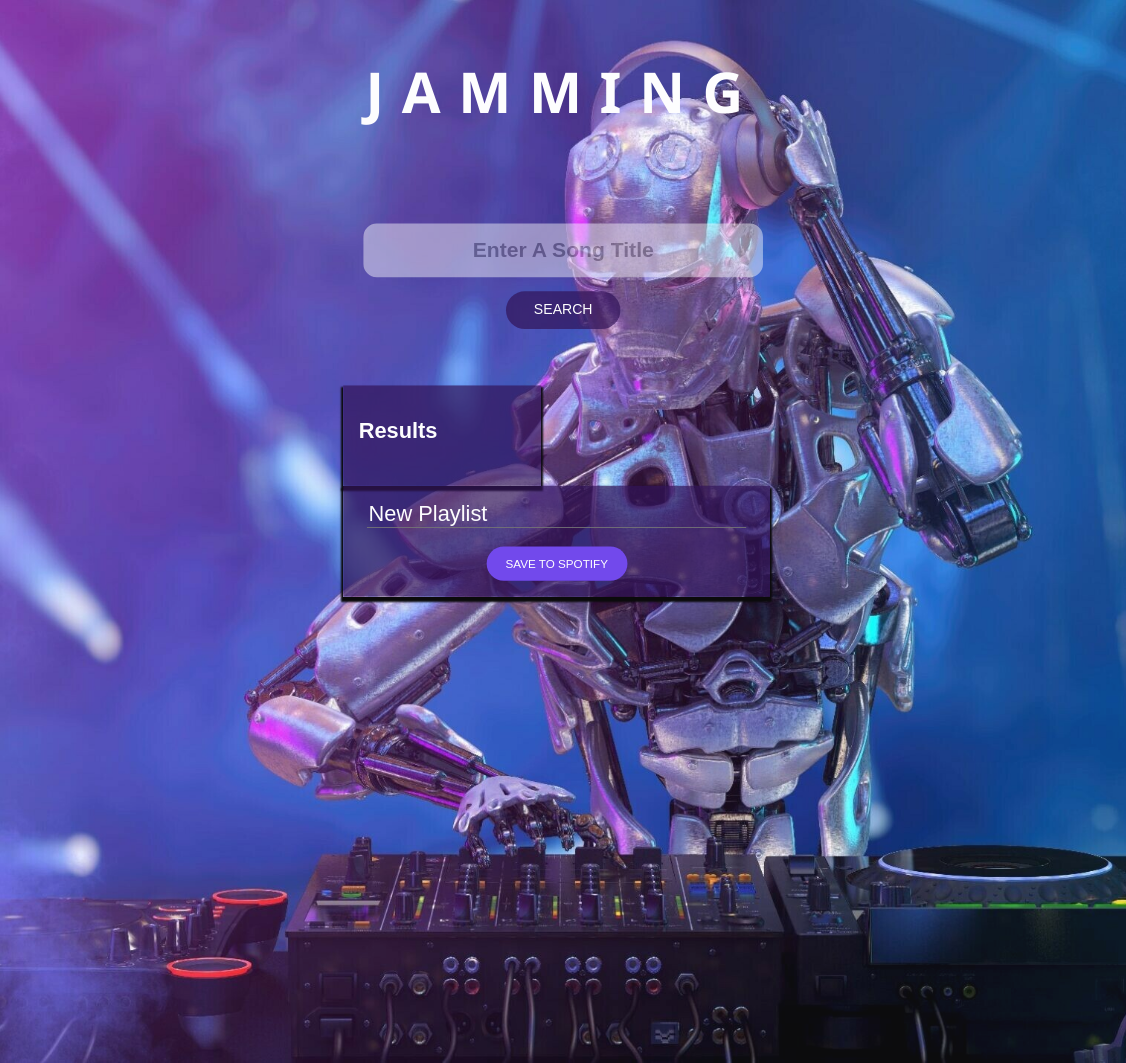
Repository: LolaSL/jamming
Page: /
These files come from the project's save history. The page is drawn as it stood at one moment and after the next save; the edit follows.
The browser window is 1280 px wide. The pictures show the whole page, at 88% of full size.
The project was rebuilt for these pictures with package versions that can differ from the ones it lists, and the page was loaded fresh each time. Also part of the build but not shown: src/components/Track/Track.css, src/components/Track/Track.jsx.

Above is the page before, as saved 2023-06-23 17:39:05.

### src/App/App.js
import React, { useState, useCallback } from "react";
import "./App.css";

import Playlist from "../components/PlayList/PlayList.jsx";
import SearchBar from "../components/SearchBar/SearchBar";
import SearchResults from "../components/SearchResults/SearchResults";
import Spotify from "../utils/Spotify";

const App = () => {
  const [searchResults, setSearchResults] = useState([]);
  const [playlistName, setPlaylistName] = useState("New Playlist");
  const [playlistTracks, setPlaylistTracks] = useState([]);

  const search = useCallback(async (term) => {
    const results = await Spotify.search(term);
    setSearchResults(results);
  }, []);

  const addTrack = useCallback((track) => {
    if (playlistTracks.some((savedTrack) => savedTrack.id === track.id)) {
      return;
    }
    setPlaylistTracks((prevTracks) => [...prevTracks, track]);
  }, [playlistTracks]);

  const removeTrack = useCallback((track) => {
    setPlaylistTracks((prevTracks) =>
      prevTracks.filter((currentTrack) => currentTrack.id !== track.id)
    );
  }, []);

  const updatePlaylistName = useCallback((name) => {
    setPlaylistName(name);
  }, []);

  const savePlaylist = useCallback(async () => {
    const trackUris = playlistTracks.map((track) => track.uri);
    await Spotify.savePlaylist(playlistName, trackUris);
    setPlaylistName("New Playlist");
    setPlaylistTracks([]);
  }, [playlistName, playlistTracks]);

  return (
    <div className="App" data-testid="app-test">
      <h1>
        Jamming
      </h1>
      <SearchBar onSearch={search} />
      <div className="App-playlist">

          <SearchResults searchResults={searchResults} onAdd={addTrack} />

          <Playlist
            playlistName={playlistName}
            playlistTracks={playlistTracks}
            onNameChange={updatePlaylistName}
            onRemove={removeTrack}
            onSave={savePlaylist}
          /></div>
      </div>

  );
};

export default App;
;

### src/App/App.css
body,
html,
#root {
  height: 100%;

}

.App{
  flex-wrap: wrap;
  height: 150%;
  padding: 0 17% 10% 17%;
  background-image: url('./background.jpg');
  opacity: 0.95;
  background-size: cover;
  overflow: hidden;
  background-position: center;
  background-repeat: no-repeat;
  font-family: 'Work Sans', sans-serif;
  font-weight: 500;
  color: #56649f;
  text-align: center;
}
h1{
  font-family:'Segoe UI', Tahoma, Geneva, Verdana, sans-serif;
  text-transform: uppercase;
  letter-spacing: 20px;
  color: #ffffff;
  font-size: 4rem;
  margin-top: 60px;
}
.App-playlist{
  display: flex;
  flex-wrap: wrap;
  align-items: justify;
  column-gap: 30px;
  width:500px;
  margin: 0 auto;

}

### src/components/PlayList/PlayList.jsx
import React, { useCallback } from "react";
import PropTypes from "prop-types";
import "./PlayList.css";
import TrackList from "../TrackList/TrackList";

const Playlist = ({
  onNameChange,
  playlistTracks,
  onRemove,
  onSave
}) => {
  const handleNameChange = useCallback((event) => {
    onNameChange(event.target.value);
  }, [onNameChange]);

  return (
    <div className="Playlist">
      <input onChange={handleNameChange} defaultValue={"New Playlist"} />
      <TrackList
        tracks={playlistTracks}
        isRemoval={true}
        onRemove={onRemove}
      />
      <button className="Playlist-save" onClick={onSave}>
        SAVE TO SPOTIFY
      </button>
    </div>
  );
};

Playlist.propTypes = {
  onNameChange: PropTypes.func,
  playlistTracks: PropTypes.array,
  onRemove: PropTypes.func,
  onSave: PropTypes.func
};

export default Playlist;

### src/components/SearchBar/SearchBar.jsx
import React, { useState, useCallback } from "react";
import "./SearchBar.css";

const SearchBar = ({ onSearch }) => {
  const [term, setTerm] = useState("");

  const handleTermChange = useCallback((event) => {
    setTerm(event.target.value);
  }, []);

  const search = useCallback(() => {
    onSearch(term);
  }, [onSearch, term]);

  return (
    <div className="SearchBar">
      <input placeholder="Enter A Song Title" onChange={handleTermChange} />
      <button className="SearchButton" onClick={search}>
        SEARCH
      </button>
    </div>
  );
};

export default SearchBar;

### src/components/SearchResults/SearchResults.jsx
import React from "react";
import "./SearchResults.css";
import TrackList from "../TrackList/TrackList";

const SearchResults = ({ searchResults, onAdd }) => {
  return (
    <div className="SearchResults">
      <h2>Results</h2>
      <TrackList tracks={searchResults} onAdd={onAdd} />
    </div>
  );
};

export default SearchResults;

### src/utils/Spotify.js
const clientId = 'a18dfb23f21c4bf69aa0c5c6ac72acdc'; // Insert client ID here.
const redirectUri = 'http://localhost:3000/'; // Have to add this to your accepted Spotify redirect URIs on the Spotify API.

let accessToken;

const Spotify = {
  getAccessToken() {
    if (accessToken) {
      return accessToken;
    }

    const accessTokenMatch = window.location.href.match(/access_token=([^&]*)/);
    const expiresInMatch = window.location.href.match(/expires_in=([^&]*)/);
    if (accessTokenMatch && expiresInMatch) {
      accessToken = accessTokenMatch[1];
      const expiresIn = Number(expiresInMatch[1]);
      window.setTimeout(() => accessToken = '', expiresIn * 1000);
      window.history.pushState('Access Token', null, '/'); // This clears the parameters, allowing us to grab a new access token when it expires.
      return accessToken;
    } else {
      const accessUrl = `https://accounts.spotify.com/authorize?client_id=${clientId}&response_type=token&scope=playlist-modify-public&redirect_uri=${redirectUri}`;
      window.location = accessUrl;
    }
  },

  async search(term) {
    const accessToken = Spotify.getAccessToken();
    const response = await fetch(`https://api.spotify.com/v1/search?type=track&q=${term}`, {
      headers: {
        Authorization: `Bearer ${accessToken}`
      }
    });
    const jsonResponse = await response.json();
    if (!jsonResponse.tracks) {
      return [];
    }
    return jsonResponse.tracks.items.map(track => ({
      id: track.id,
      name: track.name,
      artist: track.artists[0].name,
      album: track.album.name,
      popularity: track.popularity,
      uri: track.uri
    }));
  },

  savePlaylist(name, trackUris) {
    if (!name || !trackUris.length) {
      return;
    }

    const accessToken = Spotify.getAccessToken();
    const headers = { Authorization: `Bearer ${accessToken}` };
    let userId;

    return fetch('https://api.spotify.com/v1/me', { headers: headers }
    ).then(response => response.json()
    ).then(jsonResponse => {
      userId = jsonResponse.id;
      return fetch(`https://api.spotify.com/v1/users/${userId}/playlists`, {
        headers: headers,
        method: 'POST',
        body: JSON.stringify({ name: name })
      }).then(response => response.json()
      ).then(jsonResponse => {
        const playlistId = jsonResponse.id;
        return fetch(`https://api.spotify.com/v1/users/${userId}/playlists/${playlistId}/tracks`, {
          headers: headers,
          method: 'POST',
          body: JSON.stringify({ uris: trackUris })
        });
      });
    });
  }
};

export default Spotify;

### src/components/PlayList/PlayList.css
.Playlist {
    display: flex;
    flex-direction: column;
    align-items: center;
    justify-items: center;
    overflow-y: scroll;
    width: 37%;
    max-height: 900px;
    padding: 1.1rem;
    background-color: rgba(40, 9, 80, 0.7);
    box-shadow: 0 4px 2px 2px #000000;

  }

  .Playlist input {
    width: 95%;
    border: 0;
    outline: 0;
    background: transparent;
    border-bottom: 1px solid #6f6f6f;
    font-family: 'Poppins', sans-serif;
    font-size: 1.55rem;
    color: #fff;
  }

  .Playlist-save {
    cursor: pointer;
    width: 10rem;
    padding: .77rem 0;
    border-radius: 54px;
    border-width: 0px;
    margin-top: 1.27rem;
    background-color: #6c41ec;
    text-align: center;
    font-size: .83rem;
    transition: background-color .25s;
    color: #fff;
    font-weight: 500;
  }

  .Playlist-save:hover {
    background-color: rgba(108, 65, 233, .7);
  }

  ::-webkit-scrollbar {
      width: 0px;
      background: transparent;
  }
  @media screen and (min-width: 400px) {
    .Playlist {
      width: 90%;
      height: auto;
    }
  }

  @media screen and (min-width: 800px) {
    body {
      background-color: lavender;
    }
  }
  @media only screen and (max-width: 1020px) {
    .Playlist {
      width: 90%;
      height: auto;
    }
  }

### src/components/TrackList/TrackList.jsx
import React from "react";
import PropTypes from "prop-types";
import "./TrackList.css";
import Track from "../Track/Track";

const TrackList = ({ tracks, onAdd, isRemoval, onRemove }) => {
  return (
    <div className="TrackList">
      {tracks.map((track, index) => (
        <Track
          key={index}
          track={track}
          onAdd={onAdd}
          isRemoval={isRemoval}
          onRemove={onRemove}
        />
      ))}
    </div>
  );
};

TrackList.propTypes = {
  tracks: PropTypes.array,
  onAdd: PropTypes.func,
  onRemove: PropTypes.func,
  isRemoval: PropTypes.bool,
};

export default TrackList;

### src/components/SearchBar/SearchBar.css
.SearchBar {
  display: flex;
  flex-direction: column;
  align-items: center;
  padding-top: 4rem;
  margin-bottom: 4rem;
}

.SearchBar input {
  width: 450px;
  height: 25px;
  padding:1rem 0;
  border: 2px solid #fff;
  border-radius: 15px;
  margin-bottom: 1rem;
  color: black;
  font-weight: 600;
  text-align: center;
  font-size: 1.5rem;
  opacity: 0.45;
  z-index: 1;
}

.SearchBar input:focus {
  outline: none;
}

.SearchButton {
  cursor: pointer;
  width: 8.11rem;
  padding: 0.77rem 0;
  border-radius: 54px;
  background-color: rgba(40, 9, 80, 0.7);
  text-align: center;
  font-size: 1rem;
  transition: background-color 0.25s;
  border: 0px;
  color: #fff;
  font-weight: 500;
}

.SearchButton:hover {
  background-color: rgba(108, 65, 233, 0.7);
}

### src/components/SearchResults/SearchResults.css
.SearchResults {
  display: flex;
  flex-direction: column;
  align-items: left;
  overflow-y: scroll;
  width: 38%;
  max-height: 900px;
  padding: 1.1rem;
  background-color: rgba(40, 9, 80, 0.7);
  box-shadow: 0 4px 2px 2px #000000;
  gap: 10px;

  }
  h2{
    font-family: 'Poppins', sans-serif;
    color: #ffffff;
    text-align: left;
    font-size: 1.55rem;
  }
  ::-webkit-scrollbar {
      width: 0px;
      background: transparent;
  }

  @media only screen and (max-width: 1020px) {
    .SearchResults {
      width: 90%;
      margin-bottom:2.5rem;
    }
  }

  /* @media only screen and (max-width: 766px) {
    .SearchResults {
      width: 80%;
      margin-bottom:2rem;
    } */
  /* } */

### src/components/TrackList/TrackList.css
.TrackList {
    width: 100%;
    overflow-y: scroll;
  }

Loaded but not shown: public/index.html (common file); src/index.js (common file); src/index.css (common file); src/reportWebVitals.js (common file)

After the next save:
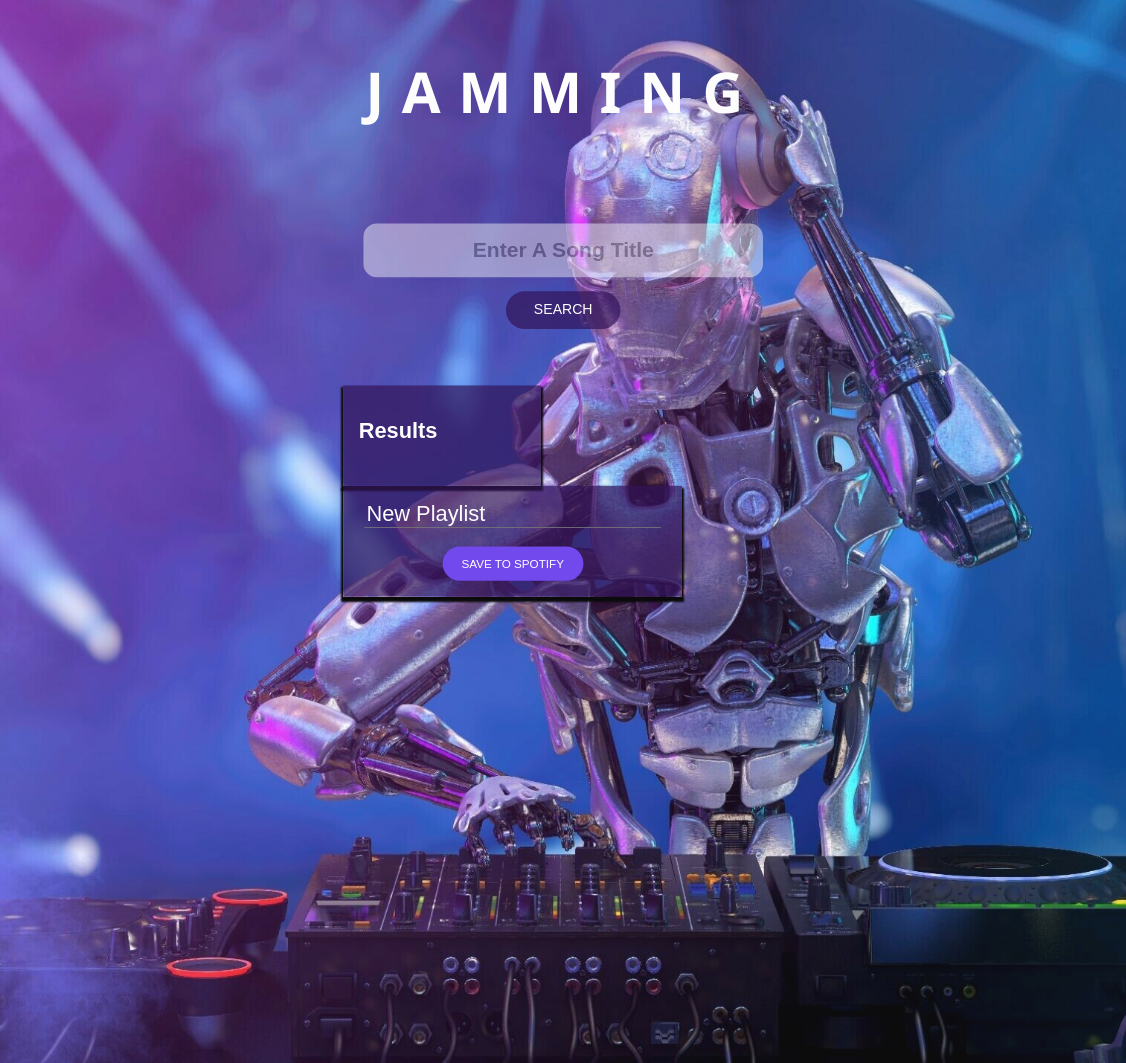
Saved 8 s later.
--- a/src/components/PlayList/PlayList.css
+++ b/src/components/PlayList/PlayList.css
@@ -48,7 +48,7 @@
   }
   @media screen and (min-width: 400px) {
     .Playlist {
-      width: 90%;
+      width: 70%;
       height: auto;
     }
   }

After the save that followed:
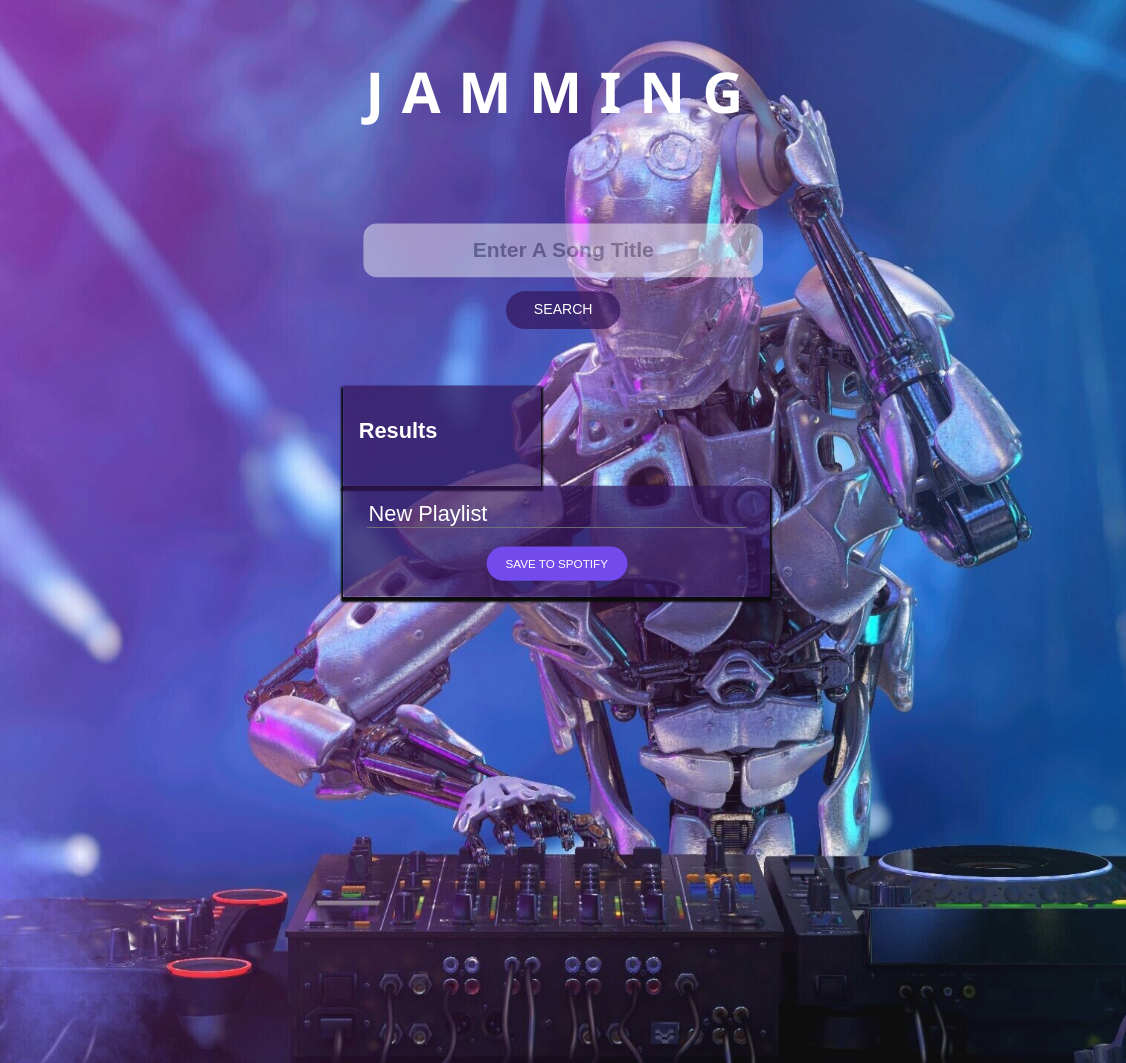
Saved 4 s later.
--- a/src/components/PlayList/PlayList.css
+++ b/src/components/PlayList/PlayList.css
@@ -54,8 +54,9 @@
   }
 
   @media screen and (min-width: 800px) {
-    body {
-      background-color: lavender;
+    .Playlist {
+      width: 90%;
+      height: auto;
     }
   }
   @media only screen and (max-width: 1020px) {
